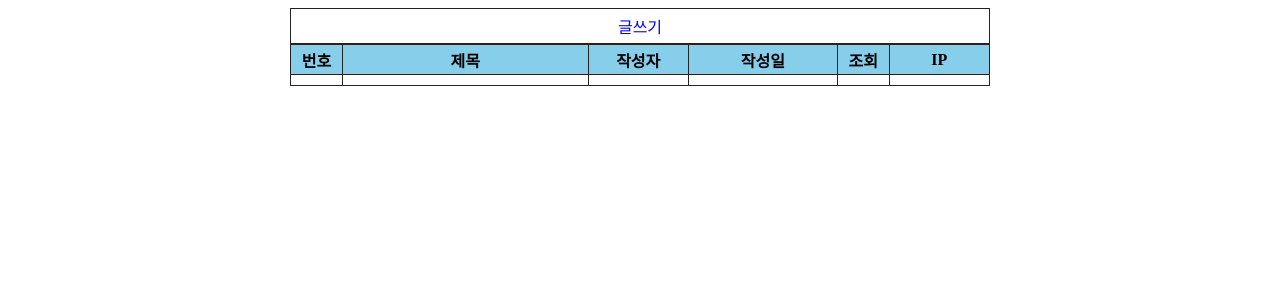
Repository: uj06134/Metabuild_JSP
Page: http://localhost/99_Board2/list.jsp
The author's editor kept a copy of each file at every save. The page is drawn from the files as they stood at one save, then again after the next save.
The browser window is 1280 px wide. The pictures show the whole page.
The page is served by Tomcat 9. Other server files are loaded and not shown.

Above is the page before, as saved 2025-09-16 08:52:32.

### 99_Board2/src/main/webapp/list.jsp
<%@ page language="java" contentType="text/html; charset=UTF-8"
    pageEncoding="UTF-8"%>
<style>
    table {
        border-collapse: collapse;
        margin: auto;
        width: 700px;
    }
    th {
        background-color: skyblue;
        border: 1px solid #232323;
        height: 30px;
        text-align: center;
    }
    td {
        border: 1px solid #232323;
        padding: 5px;
        text-align: center;
    }
    td.subject {
        text-align: left;
    }
    a {
        text-decoration: none;
        color: blue;
    }
</style>

<table>
    <tr>
        <td colspan="6" align="left">
            <a href="#">글쓰기</a>
        </td>
    </tr>
</table>

<table>
    <tr>
        <th width="50">번호</th>
        <th width="250">제목</th>
        <th width="100">작성자</th>
        <th width="150">작성일</th>
        <th width="50">조회</th>
        <th width="100">IP</th>
    </tr>
    <tr>
        <td></td>
        <td></td>
        <td></td>
        <td></td>
        <td></td>
        <td></td>
    </tr>
</table>

After the next save:
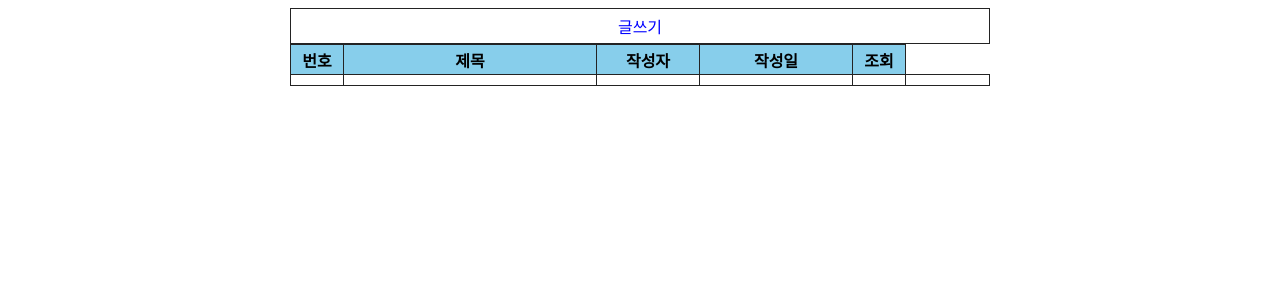
Saved 20 s later.
--- a/99_Board2/src/main/webapp/list.jsp
+++ b/99_Board2/src/main/webapp/list.jsp
@@ -41,7 +41,6 @@
         <th width="100">작성자</th>
         <th width="150">작성일</th>
         <th width="50">조회</th>
-        <th width="100">IP</th>
     </tr>
     <tr>
         <td></td>
